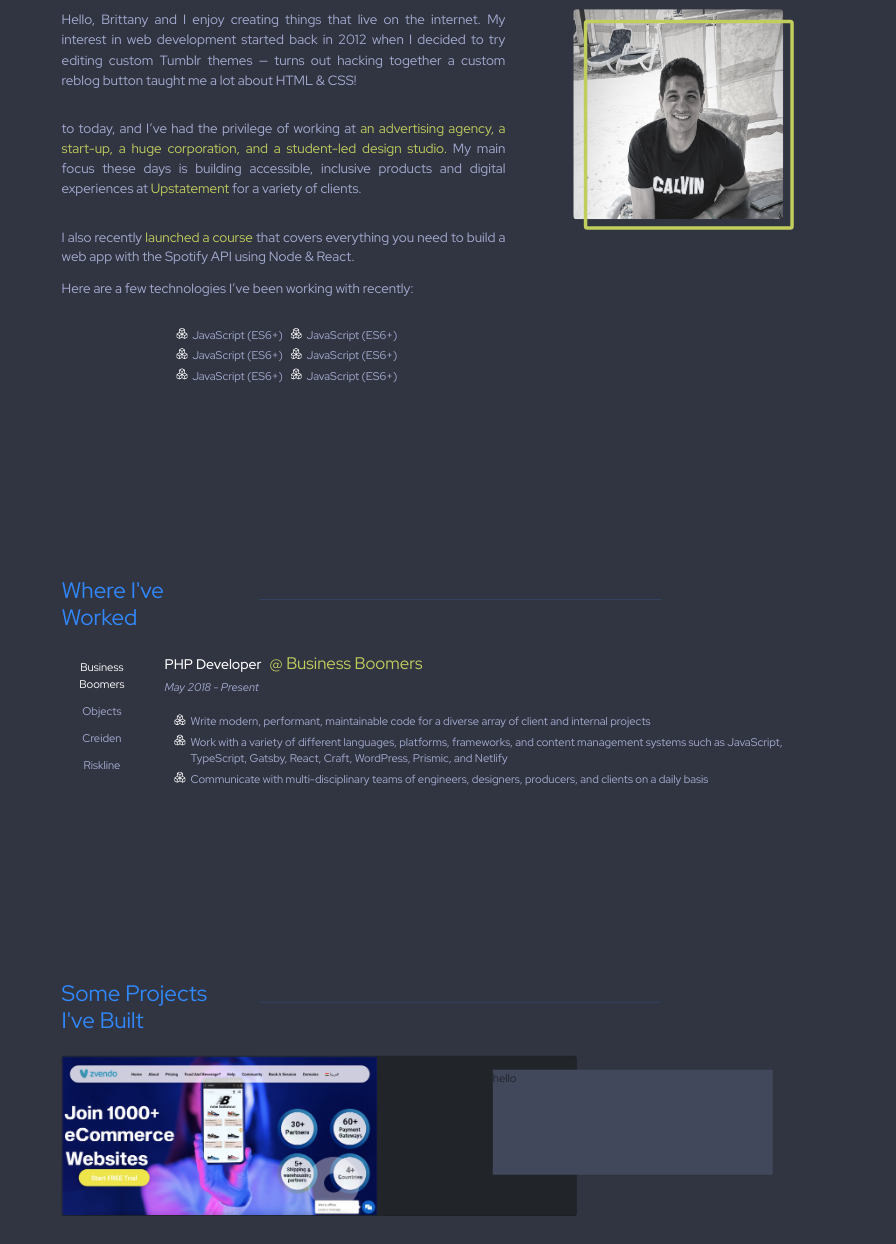
Repository: aya7abbal/Talaat-s-Portfolio
Page: index.html
These files come from the project's save history. The page is drawn as it stood at one moment and after the next save; the edit follows.
The browser window is 1280 px wide. The pictures show the part of the page from y = 943 to 2863 px (the page is 2720 px tall before and 2863 px after), at 70% of full size.
Some web libraries are served in a nearby version. The style sheet was rebuilt from its Sass, Less or Tailwind sources for each picture, by a compiler version that may differ from the author's.

Above is the page before, as saved 2022-02-07 19:03:46.

After the next save:
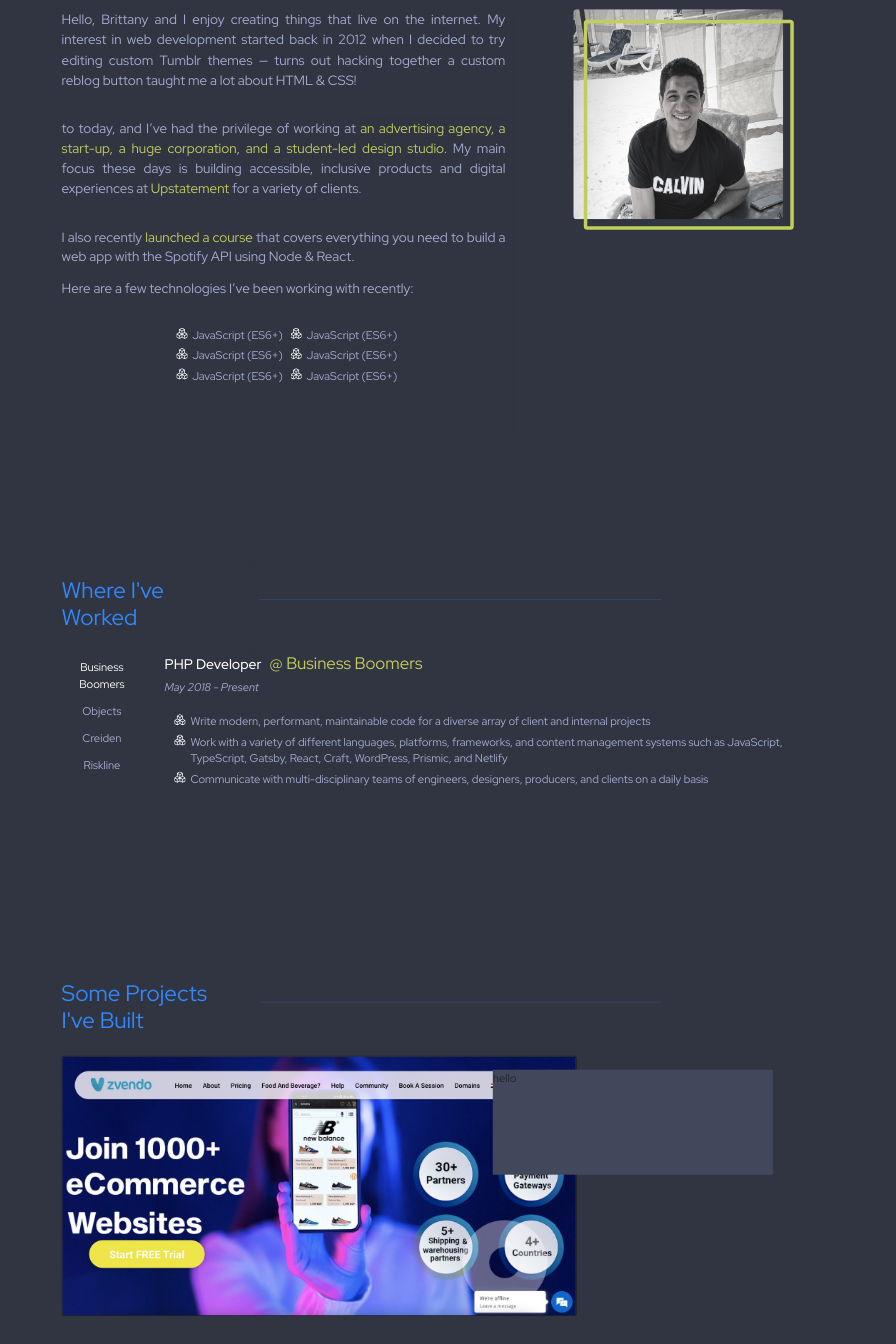
Saved 6 s later.
--- a/styles/components/_projects.scss
+++ b/styles/components/_projects.scss
@@ -6,10 +6,7 @@
     opacity: 90%;
 
 }
-img{
-    width: 450px;
-    height:auto;
-}
+
 
 
 
